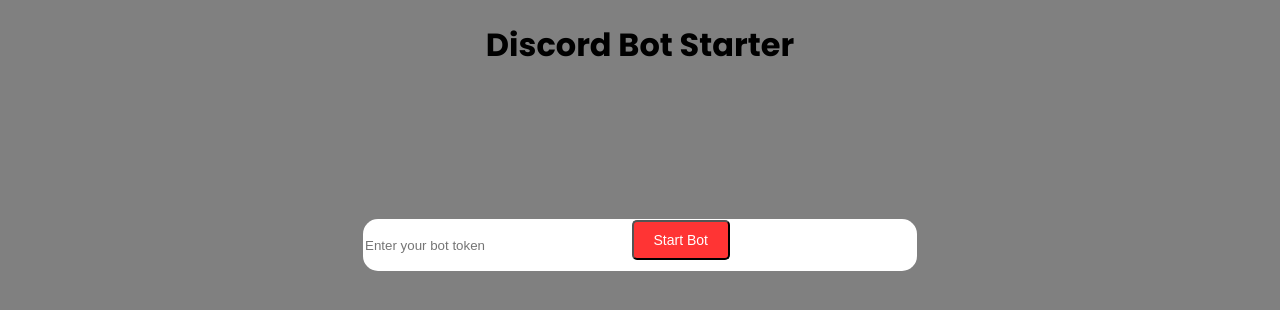
Repository: ranger2202/discord-bot-panel
Page: ranger-bot-runner/app/templates/landing.html
The author's editor kept a copy of each file at every save. The page is drawn from the files as they stood at one save, then again after the next save.
The browser window is 1280 px wide. The pictures show the whole page.

Above is the page before, as saved 2023-12-30 12:11:59.

After the next save:
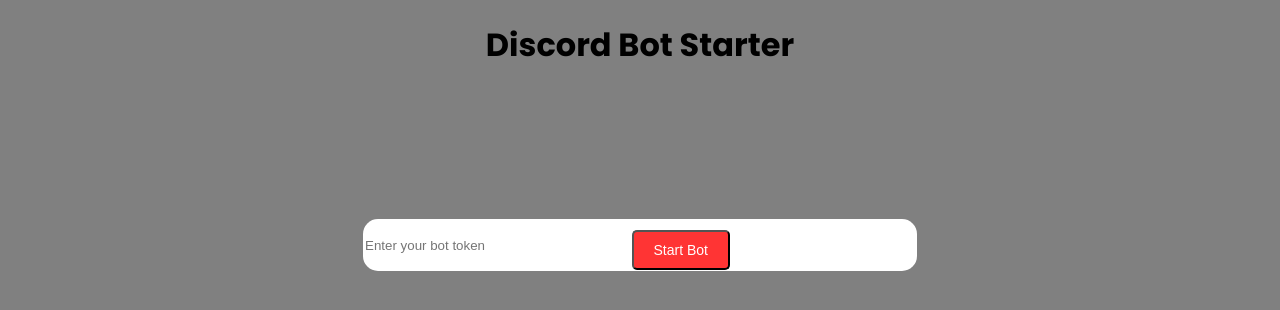
Saved 6 s later.
--- a/ranger-bot-runner/app/static/landing.css
+++ b/ranger-bot-runner/app/static/landing.css
@@ -7,7 +7,7 @@
 .start-button button{
     position: absolute;
     right: 550px;
-    top: 220px;
+    top: 230px;
     display: inline-block;
     padding: 10px 20px;
     font-size: 14px;
